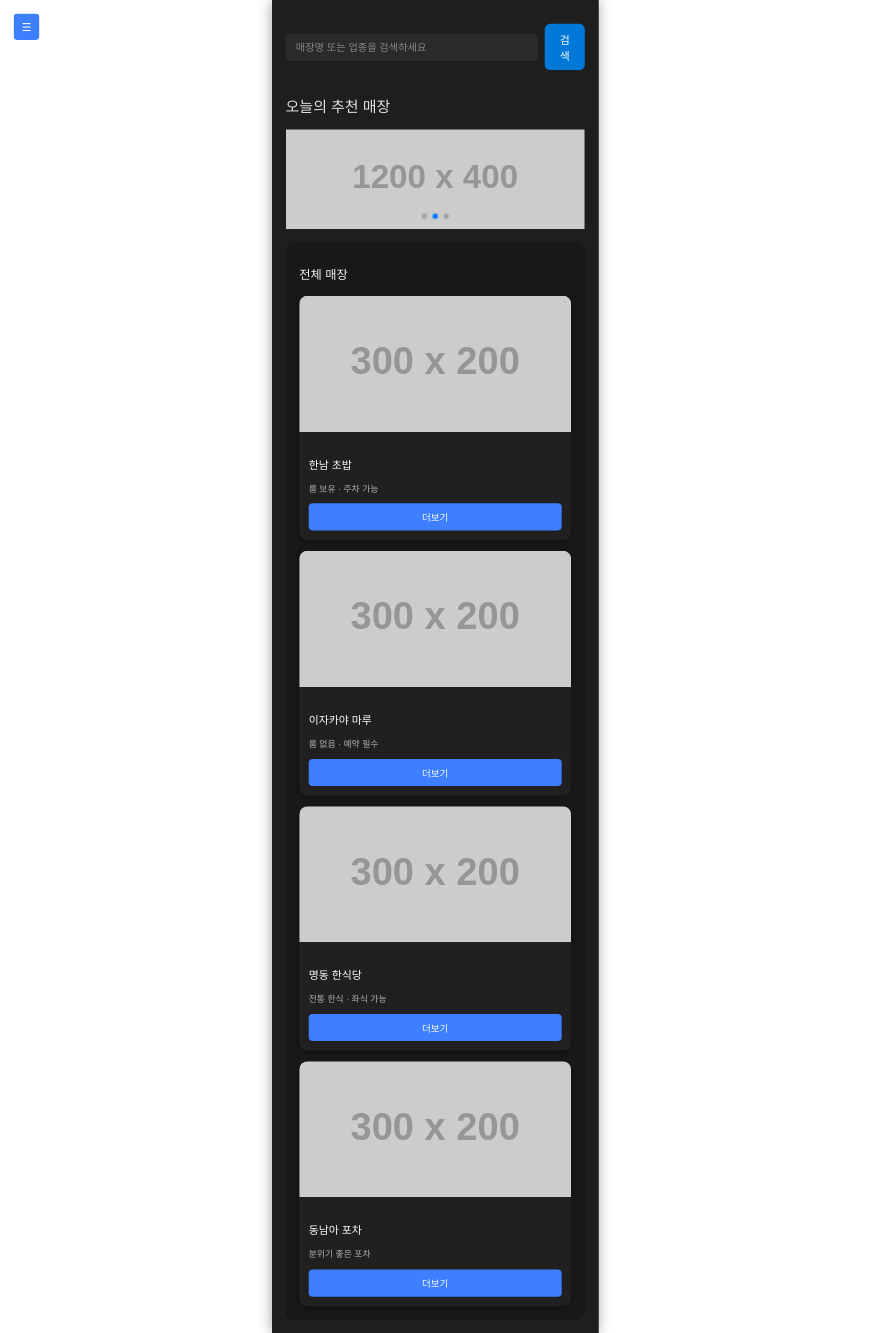
Repository: noiredex/Choplan-API
Page: / (app in choplan/frontend_main/)
The author's editor kept a copy of each file at every save. The page is drawn from the files as they stood at one save, then again after the next save.
The browser window is 1280 px wide. The pictures show the whole page, at 68% of full size.
The project was rebuilt for these pictures with package versions that can differ from the ones it lists, and the page was loaded fresh each time. Also part of the build but not shown: choplan/frontend_main/vite.config.js, choplan/frontend_main/vite.config.ts, choplan/frontend_main/src/styles/StoreDetailPage.css, choplan/frontend_main/src/pages/StoreDetailPage.jsx.

Above is the page before, as saved 2025-10-27 17:32:03.

After the next save:
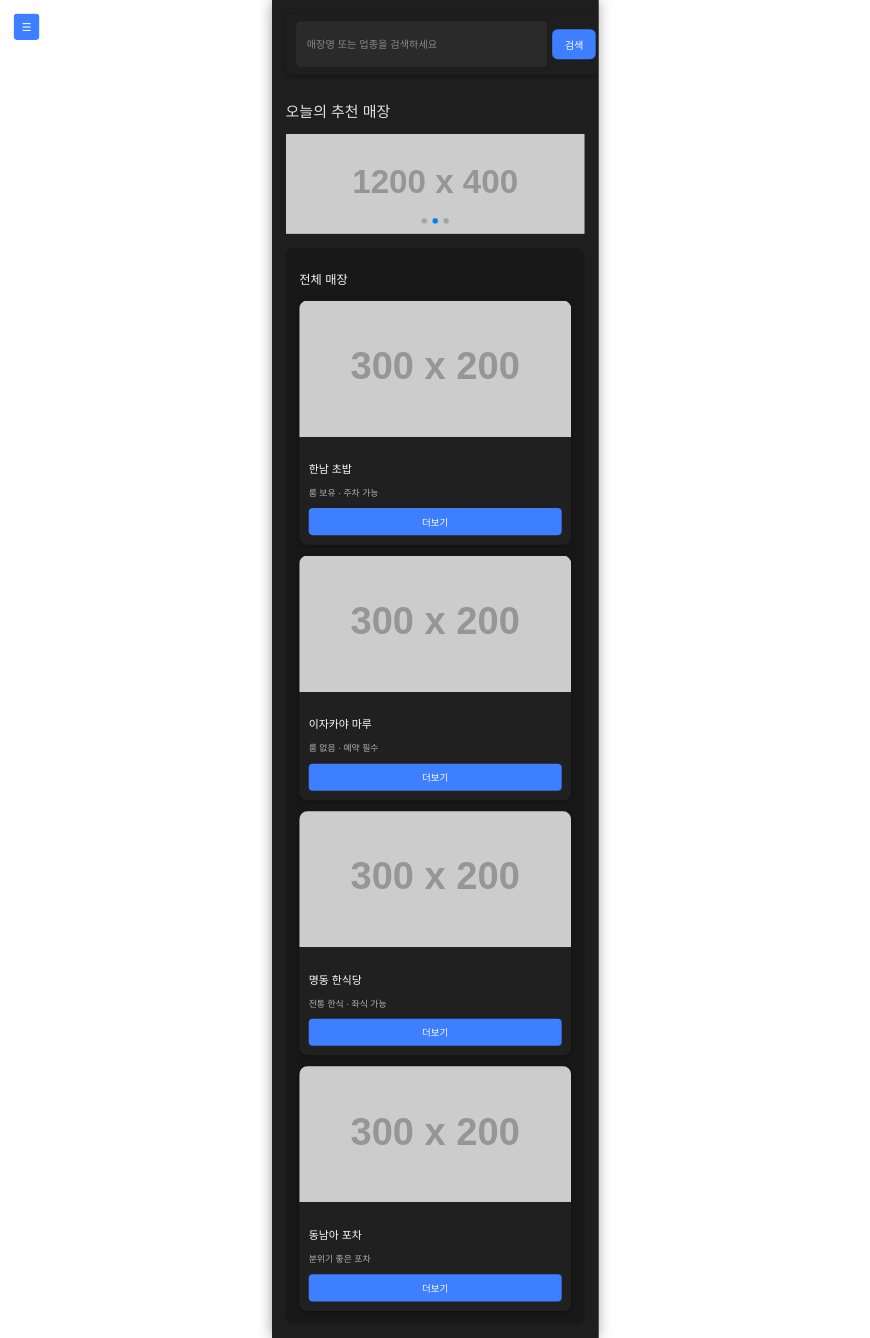
Saved 6 min 48 s later.
--- a/choplan/frontend_main/src/styles/SearchBar.css
+++ b/choplan/frontend_main/src/styles/SearchBar.css
@@ -1,30 +1,82 @@
 .search-bar {
+  width: 100%;
+  max-width: 480px;
+  margin: 0 auto 16px auto;
   display: flex;
+  align-items: center;
   justify-content: center;
-  align-items: center;
-  margin: 15px 0 25px 0;
-  gap: 10px;
+  gap: 8px; /* input과 버튼 사이 간격 */
+  background-color: #1E1E1E; /* Soft Charcoal */
+  padding: 12px 16px;
+  border-radius: 10px;
+  box-shadow: 0 2px 8px rgba(0, 0, 0, 0.35);
+  transition: all 0.3s ease;
 }
 
+/* ====== 검색 입력 ====== */
 .search-bar input {
-  width: 70%;
-  padding: 10px 14px;
-  border: 1px solid #ccc;
-  color: white;
+  flex: 1;
+  height: 44px; /* 버튼과 동일 높이 */
+  padding: 0 14px;
+  border: 1px solid #333;
   border-radius: 8px;
-  font-size: 1rem;
+  font-size: 15px;
+  color: #EAEAEA;
+  background-color: #2A2A2A;
+  outline: none;
+  transition: all 0.3s ease;
 }
 
+.search-bar input::placeholder {
+  color: #888;
+  font-weight: 400;
+}
+
+.search-bar input:focus {
+  border-color: #3D7FFF;
+  box-shadow: 0 0 6px rgba(61, 127, 255, 0.6);
+  background-color: #252525;
+}
+
+/* ====== 검색 버튼 ====== */
 .search-bar button {
-  background-color: #0078d7;
+  height: 44px; /* input과 동일 높이 */
+  padding: 0 18px;
+  background-color: #3D7FFF;
   color: white;
   border: none;
-  padding: 10px 18px;
   border-radius: 8px;
+  font-size: 15px;
+  font-weight: 500;
   cursor: pointer;
-  transition: background 0.2s ease;
+  transition: background-color 0.2s ease, transform 0.1s ease;
 }
 
 .search-bar button:hover {
-  background-color: #005fa3;
+  background-color: #5596FF;
+  transform: translateY(-2px);
 }
+
+/* ====== 반응형 ====== */
+@media (min-width: 1025px) {
+  .search-bar {
+    max-width: 480px;
+  }
+}
+
+@media (max-width: 600px) {
+  .search-bar {
+    padding: 10px 12px;
+    gap: 6px;
+  }
+
+  .search-bar input,
+  .search-bar button {
+    height: 40px;
+    font-size: 14px;
+  }
+
+  .search-bar button {
+    padding: 0 14px;
+  }
+}
